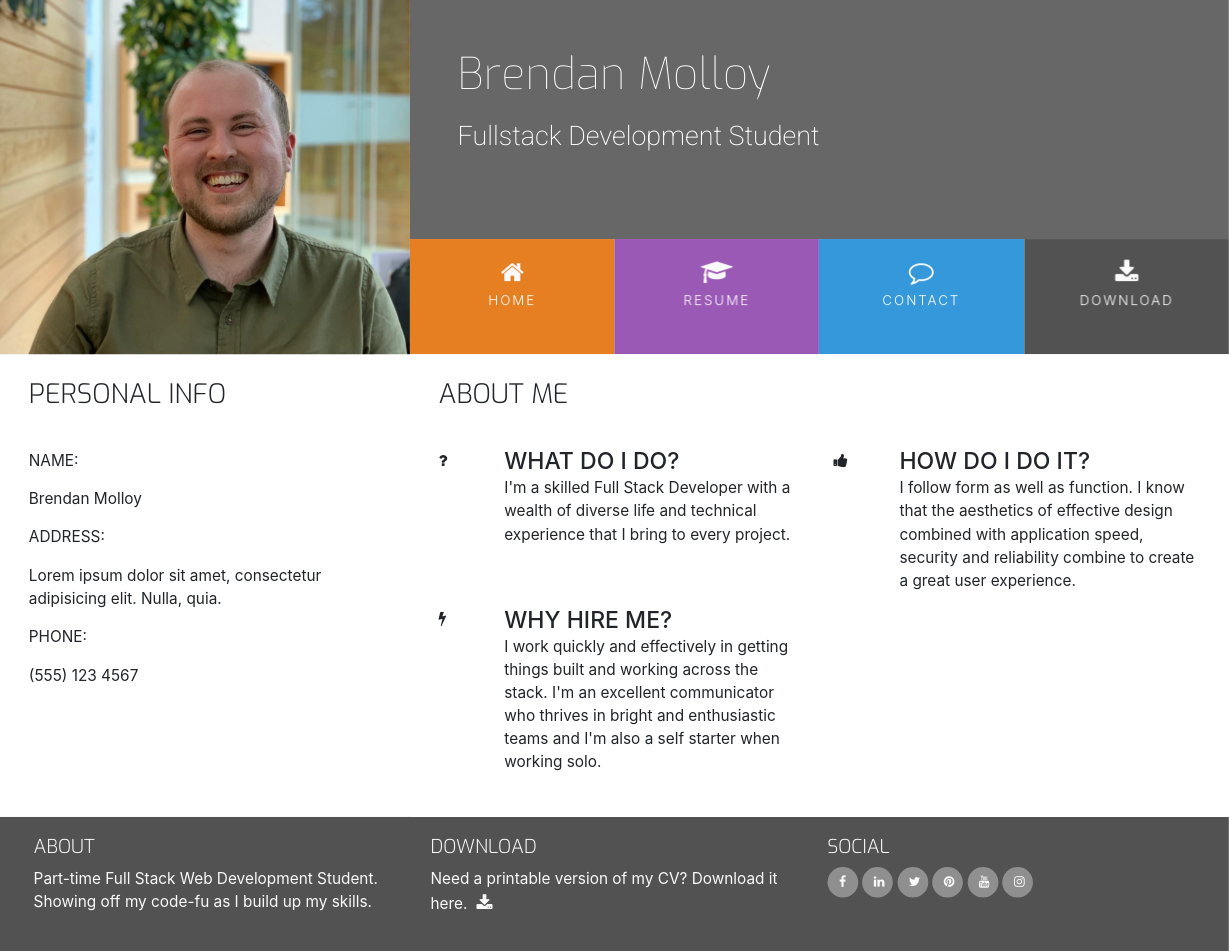
Repository: BrendanMolloy/my-web-cv
Page: index.html
The author's editor kept a record of every edit. The page is drawn from the files as they stood at one moment, then again after the next edit.
The browser window is 1280 px wide. The pictures show the whole page, at 96% of full size.

Above is the page before.

After the next edit:
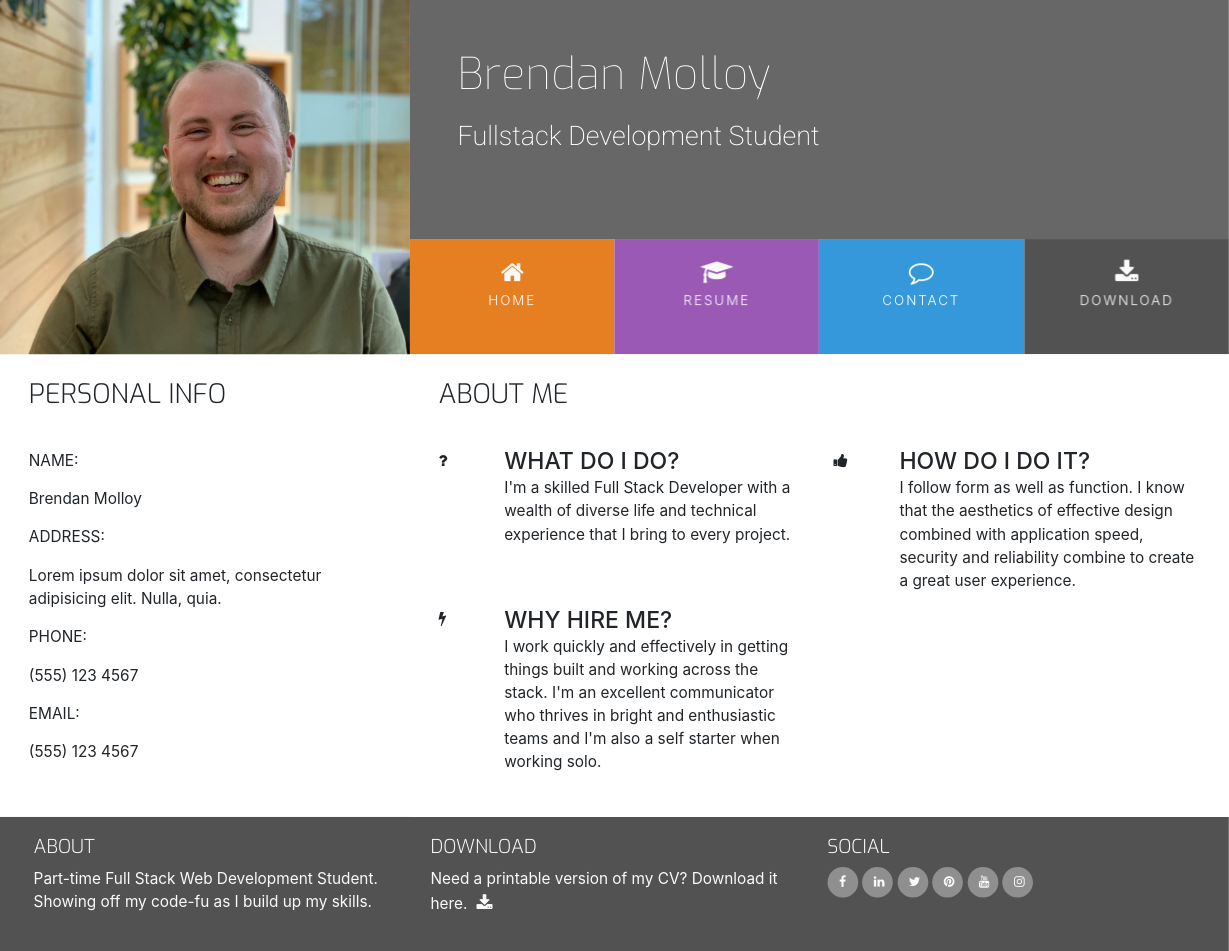
The edit:
--- a/index.html
+++ b/index.html
@@ -92,6 +92,18 @@
                         </p>
                     </div>
                 </div>
+                <div class="personal-info-item">
+                    <div class="key">
+                        <p class="uppercase">
+                            Email:
+                        </p>
+                    </div>
+                    <div class="value">
+                        <p>
+                            (555) 123 4567
+                        </p>
+                    </div>
+                </div>
             </div>
             <div class="col-md-8 bg-color-three-reasons section-column">
                 <div class="row">
